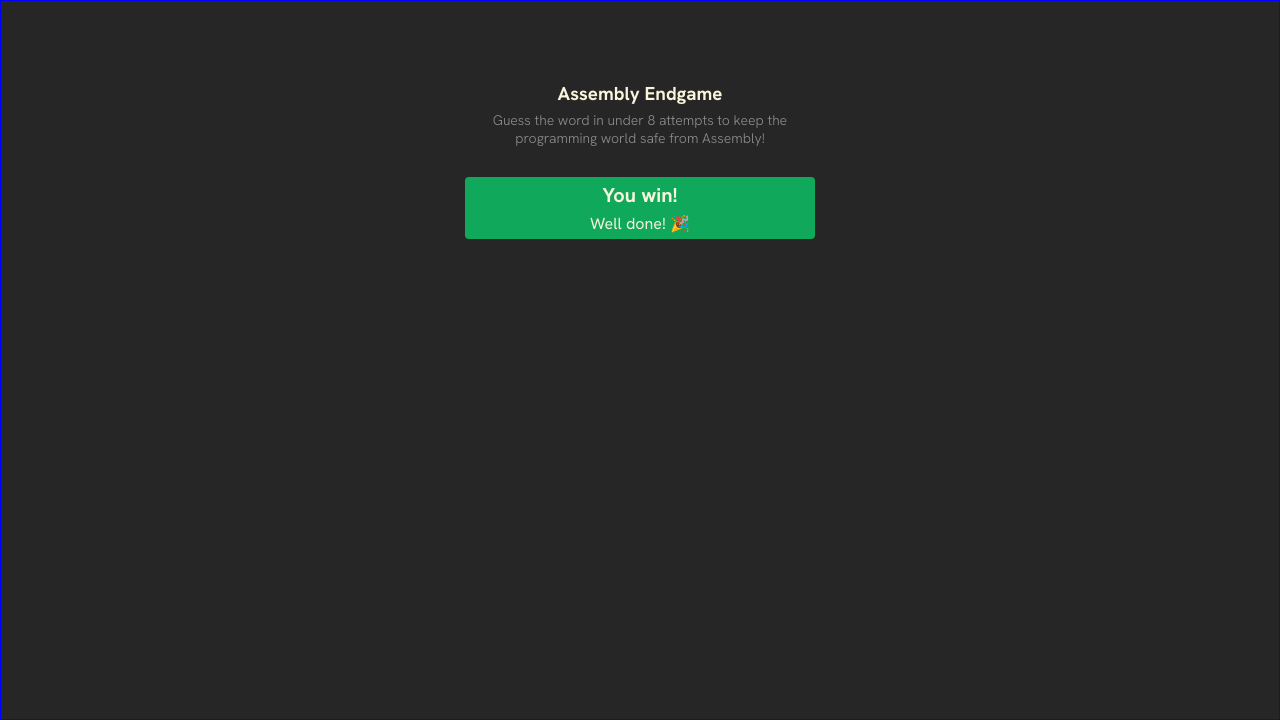
Repository: AchrafAzzaoui/AssemblyEndgame
Page: / (app in assembly-endgame/)
The author's editor kept a copy of each file at every save. The page is drawn from the files as they stood at one save, then again after the next save.
The browser window is 1280 px wide. The pictures show the whole page.
The project was rebuilt for these pictures with package versions that can differ from the ones it lists, and the page was loaded fresh each time. Also part of the build but not shown: assembly-endgame/vite.config.js.

Above is the page before, as saved 2024-12-24 22:25:13.

### assembly-endgame/index.html
<!DOCTYPE html>
<html lang="en">
  <head>
    <meta charset="UTF-8" />
    <link rel="icon" type="image/svg+xml" href="/vite.svg" />
    <meta name="viewport" content="width=device-width, initial-scale=1.0" />
    <link
      href="https://fonts.googleapis.com/css2?family=Hanken+Grotesk:wght@300;400;500;600;700&display=swap"
      rel="stylesheet"
    />
    <title>Assembly Endgame</title>
  </head>
  <body>
    <div id="root"></div>
    <script type="module" src="/src/main.jsx"></script>
  </body>
</html>

### assembly-endgame/src/index.css
* {
  margin: 0;
  padding: 0;
  box-sizing: border-box;
}
body {
  font-family: "Hanken Grotesk", sans-serif;
  background-color: #262626;
  color: #d9d9d9;
  padding: 80px 40px;
  height: 100vh;
  display: flex;
  justify-content: center;
  border: 1px solid blue;
}

header {
  text-align: center;
}

.game-title {
  color: #f9f4da;
}
.game-description {
  margin-top: 5px;
  font-weight: 300;
  color: #8e8e8e;
  font-size: 0.875rem;
  max-width: 350px;
}

/* status */
.game-status {
  background-color: #10a95b;
  color: #f9f4da;
  display: flex;
  flex-direction: column;
  align-items: center;
  padding: 0px 80px;
  margin: 20px 0;
  border-radius: 4px;
  margin-block: 30px;
}
.game-status p {
  margin-bottom: 5px;
}
.game-status h2 {
  font-size: 1.25rem;
  margin: 5px;
}

### assembly-endgame/src/App.jsx
import { useState } from "react";
import Status from "./components/Status.jsx";

export default function App() {
  return (
    <main>
      <header>
        <h3 className="game-title">Assembly Endgame</h3>
        <p className="game-description">
          Guess the word in under 8 attempts to keep the programming world safe
          from Assembly!
        </p>
      </header>
      <Status />
    </main>
  );
}

### assembly-endgame/src/components/Status.jsx
import { useState } from "react";

export default function Status() {
  return (
    <div className="game-status">
      <h2>You win!</h2>
      <p>Well done! 🎉</p>
    </div>
  );
}

Loaded but not shown: assembly-endgame/src/main.jsx (common file)

After the next save:
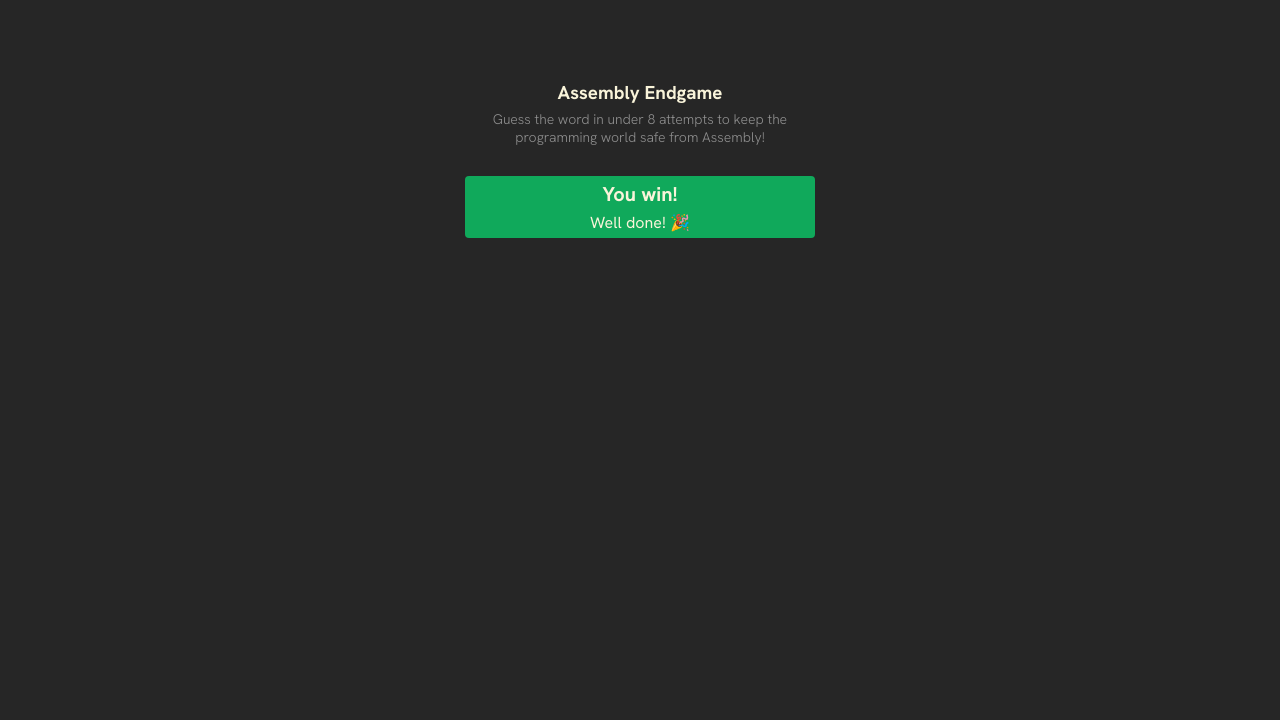
Saved 15 min 49 s later.
--- a/assembly-endgame/src/index.css
+++ b/assembly-endgame/src/index.css
@@ -11,7 +11,6 @@
   height: 100vh;
   display: flex;
   justify-content: center;
-  border: 1px solid blue;
 }
 
 header {
